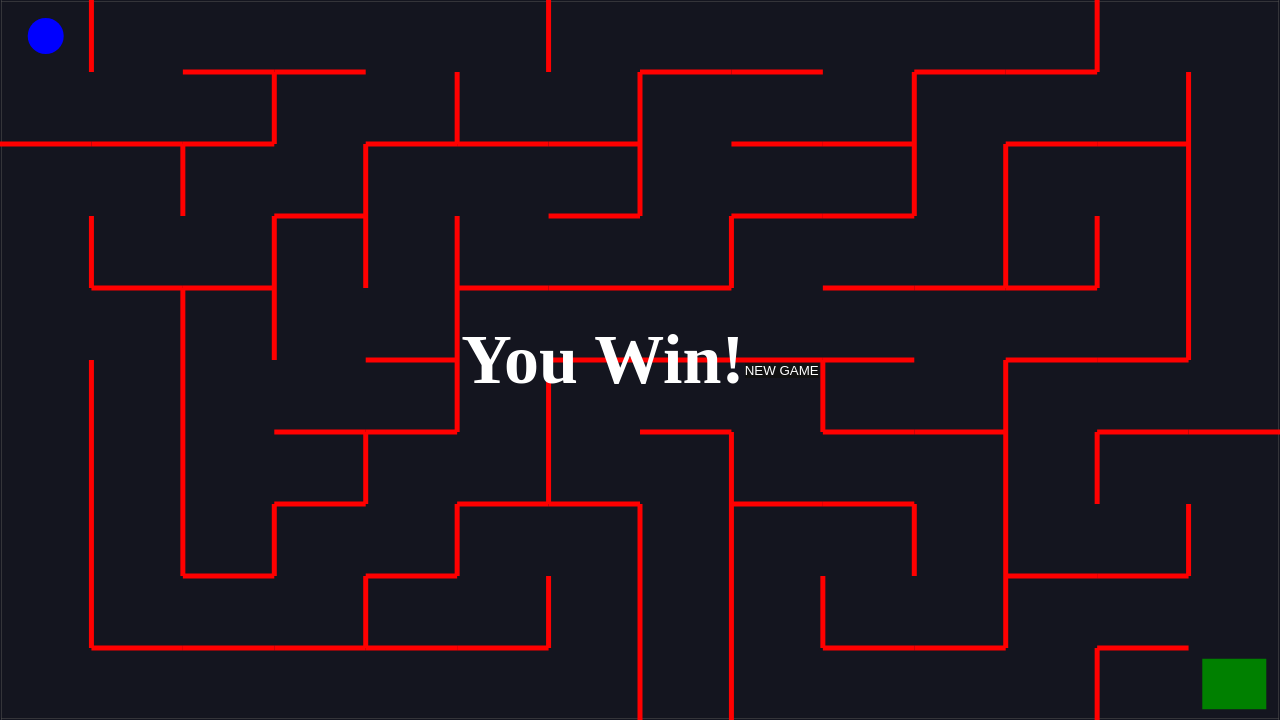
Repository: zhapar/JS-Bootcamp
Page: 3. Maze/index.html
These files come from the project's save history. The page is drawn as it stood at one moment and after the next save; the edit follows.
The browser window is 1280 px wide. The pictures show the whole page.
Some web libraries are served in a nearby version.

Above is the page before, as saved 2020-07-17 18:13:54.

### 3. Maze/index.html
<!DOCTYPE html>
<html lang="en">
  <head>
    <meta charset="UTF-8" />
    <meta name="viewport" content="width=device-width, initial-scale=1.0" />
    <script
      src="https://cdnjs.cloudflare.com/ajax/libs/matter-js/0.14.2/matter.min.js"
      integrity="sha512-pi0tSRZdlNRZeANPwdAIHRAYg6gZZV6QlAiyHXn5TYqLzBKE9jlttO/QgYLMhISD6oNv2kPsVelx+n5nw0FqKA=="
      crossorigin="anonymous"
    ></script>
    <title>Maze</title>
    <style>
      * {
        margin: 0;
        padding: 0;
        overflow: hidden;
      }

      /* .hidden {
        display: none !important;
      } */

      .winner {
        display: flex;
        justify-content: center;
        align-items: center;
        position: absolute;
        height: 100vh;
        width: 100vw;
        z-index: 1;
      }

      h1 {
        color: #fff;
        font-size: 70px;
      }

      .restart {
        display: block;
        margin-top: 20px;
        border: none;
        background-color: #111;
        color: #fff;
        cursor: pointer;
      }
    </style>
  </head>

  <body>
    <div class="winner hidden">
      <h1>You Win!</h1>
      <button class="restart">NEW GAME</button>
    </div>
    <script src="app.js"></script>
  </body>
</html>

### 3. Maze/app.js
const {
  Engine,
  Render,
  Runner,
  World,
  Bodies,
  Body,
  Events,
  // Mouse, *For  mouse*
  // MouseConstraint,
} = Matter;

const cellsHorizontal = 14;
const cellsVertical = 10;
const width = window.innerWidth;
const height = window.innerHeight;

const unitLengthX = width / cellsHorizontal;
const unitLengthY = height / cellsVertical;

const engine = Engine.create();

// Remove grvity from y axis
engine.world.gravity.y = 0;

const { world } = engine;
const render = Render.create({
  element: document.body,
  engine: engine,
  options: {
    wireframes: false,
    width,
    height,
  },
});

Render.run(render);
Runner.run(Runner.create(), engine);

//  ** To move shapes with mouse **
// World.add(
//   world,
//   MouseConstraint.create(engine, {
//     mouse: Mouse.create(render.canvas),
//   })
// );

// Walls
const walls = [
  Bodies.rectangle(width / 2, 0, width, 2, { isStatic: true }),
  Bodies.rectangle(width / 2, height, width, 2, { isStatic: true }),
  Bodies.rectangle(0, height / 2, 2, height, { isStatic: true }),
  Bodies.rectangle(width, height / 2, 2, height, { isStatic: true }),
];
World.add(world, walls);

// To create a random shapes
// for (let i = 0; i < 50; i++) {
//   if (Math.random() > 0.5) {
//     World.add(
//       world,
//       Bodies.rectangle(Math.random() * width, Math.random() * height, 50, 50)
//     );
//   } else {
//     World.add(
//       world,
//       Bodies.circle(Math.random() * width, Math.random() * height, 35, {
//         render: {
//           fillStyle: "red",
//         },
//       })
//     );
//   }
// }

// Maze generation

const shuffle = (arr) => {
  let counter = arr.length;

  while (counter > 0) {
    const index = Math.floor(Math.random() * counter);

    counter--;

    const temp = arr[counter];
    arr[counter] = arr[index];
    arr[index] = temp;
  }

  return arr;
};

const grid = Array(cellsVertical)
  .fill(null)
  .map(() => Array(cellsHorizontal).fill(false));

const verticals = Array(cellsVertical)
  .fill(null)
  .map(() => Array(cellsHorizontal - 1).fill(false));

const horizontals = Array(cellsVertical - 1)
  .fill(null)
  .map(() => Array(cellsHorizontal).fill(false));

const startRow = Math.floor(Math.random() * cellsVertical);
const startColumn = Math.floor(Math.random() * cellsHorizontal);

const stepThroughCell = (row, column) => {
  // If i have visited the cell at [row, column], then return
  if (grid[row][column]) {
    return;
  }

  // Mark this cell as being visited
  grid[row][column] = true;

  // Assemble randomly-ordered lisy of neighbors
  const neighbors = shuffle([
    [row - 1, column, "up"],
    [row, column + 1, "right"],
    [row + 1, column, "down"],
    [row, column - 1, "left"],
  ]);

  // For each neighbor
  for (let neighbor of neighbors) {
    const [nextRow, nextColumn, direction] = neighbor;

    // See if that neighbour out of the bounds
    if (
      nextRow < 0 ||
      nextRow >= cellsVertical ||
      nextColumn < 0 ||
      nextColumn >= cellsHorizontal
    ) {
      continue;
    }

    // If we have visited that neighbor, continue to next neighbor
    if (grid[nextRow][nextColumn]) {
      continue;
    }

    // Remove a wall from either horizontals or verticals
    if (direction === "left") {
      verticals[row][column - 1] = true;
    } else if (direction === "right") {
      verticals[row][column] = true;
    } else if (direction === "up") {
      horizontals[row - 1][column] = true;
    } else if (direction === "down") {
      horizontals[row][column] = true;
    }

    // Visit that next cell
    stepThroughCell(nextRow, nextColumn);
  }
};

stepThroughCell(startRow, startColumn);

horizontals.forEach((row, rowIndex) => {
  row.forEach((open, columnIndex) => {
    if (open) {
      return;
    }

    const wall = Bodies.rectangle(
      columnIndex * unitLengthX + unitLengthX / 2,
      rowIndex * unitLengthY + unitLengthY,
      unitLengthX,
      5,
      {
        label: "wall",
        isStatic: true,
        render: {
          fillStyle: "red",
        },
      }
    );

    World.add(world, wall);
  });
});

verticals.forEach((row, rowIndex) => {
  row.forEach((open, columnIndex) => {
    if (open) {
      return;
    }

    const wall = Bodies.rectangle(
      columnIndex * unitLengthX + unitLengthX,
      rowIndex * unitLengthY + unitLengthY / 2,
      5,
      unitLengthY,
      {
        label: "wall",
        isStatic: true,
        render: {
          fillStyle: "red",
        },
      }
    );

    World.add(world, wall);
  });
});

const goal = Bodies.rectangle(
  width - unitLengthX / 2,
  height - unitLengthY / 2,
  unitLengthX * 0.7,
  unitLengthY * 0.7,
  {
    isStatic: true,
    label: "goal",
    render: {
      fillStyle: "green",
    },
  }
);

World.add(world, goal);

const ballRadius = Math.min(unitLengthX, unitLengthY) / 4;
const ball = Bodies.circle(unitLengthX / 2, unitLengthY / 2, ballRadius, {
  label: "ball",
  render: {
    fillStyle: "blue",
  },
});
World.add(world, ball);

document.addEventListener("keydown", moveBall);

function moveBall(e) {
  const { x, y } = ball.velocity;

  if (e.keyCode === 87 || e.keyCode === 38) {
    Body.setVelocity(ball, { x, y: y - 5 });
  }
  if (e.keyCode === 68 || e.keyCode === 39) {
    Body.setVelocity(ball, { x: x + 5, y });
  }
  if (e.keyCode === 83 || e.keyCode === 40) {
    Body.setVelocity(ball, { x, y: y + 5 });
  }
  if (e.keyCode === 65 || e.keyCode === 37) {
    Body.setVelocity(ball, { x: x - 5, y });
  }
}

Events.on(engine, "collisionStart", (event) => {
  event.pairs.forEach((collision) => {
    const labels = ["ball", "goal"];

    if (
      labels.includes(collision.bodyA.label) &&
      labels.includes(collision.bodyB.label)
    ) {
      document.querySelector(".winner").classList.remove("hidden");
      world.gravity.y = 1;
      world.bodies.forEach((body) => {
        if (body.label === "wall") {
          Body.setStatic(body, false);
        }
      });
    }
  });
});

After the next save:
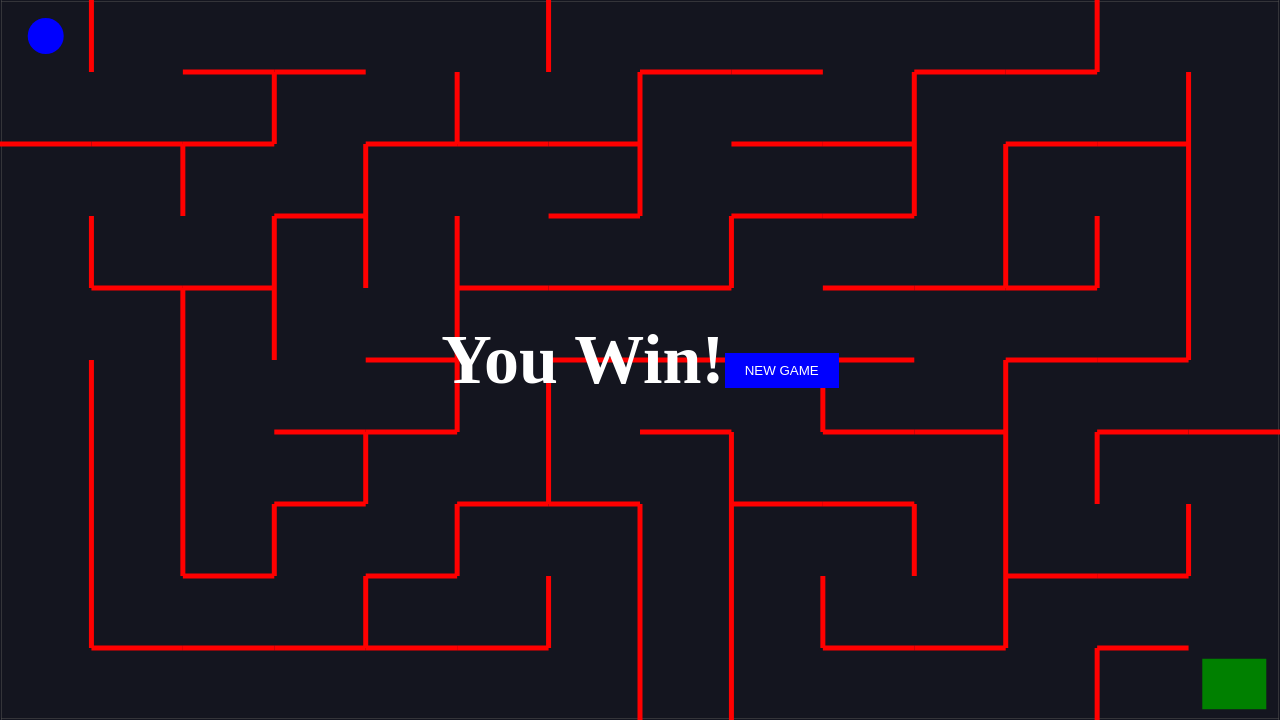
Saved 25 s later.
--- a/3. Maze/index.html
+++ b/3. Maze/index.html
@@ -36,10 +36,11 @@
       }
 
       .restart {
+        padding: 10px 20px;
         display: block;
         margin-top: 20px;
         border: none;
-        background-color: #111;
+        background-color: blue;
         color: #fff;
         cursor: pointer;
       }
